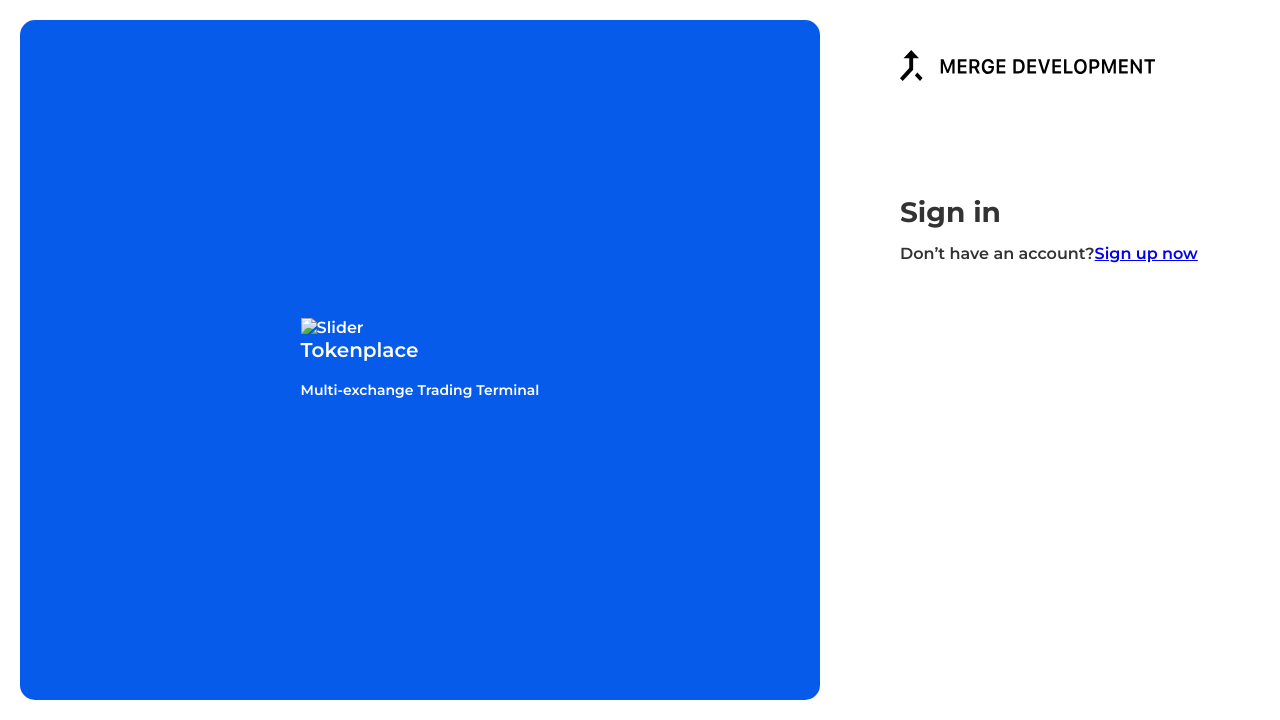
Repository: 13RedFox/form-project
Page: /
These files come from the project's save history. The page is drawn as it stood at one moment and after the next save; the edit follows.
The browser window is 1280 px wide. The pictures show the whole page.
The project was rebuilt for these pictures with package versions that can differ from the ones it lists, and the page was loaded fresh each time.

Above is the page before, as saved 2021-08-04 18:01:57.

After the next save:
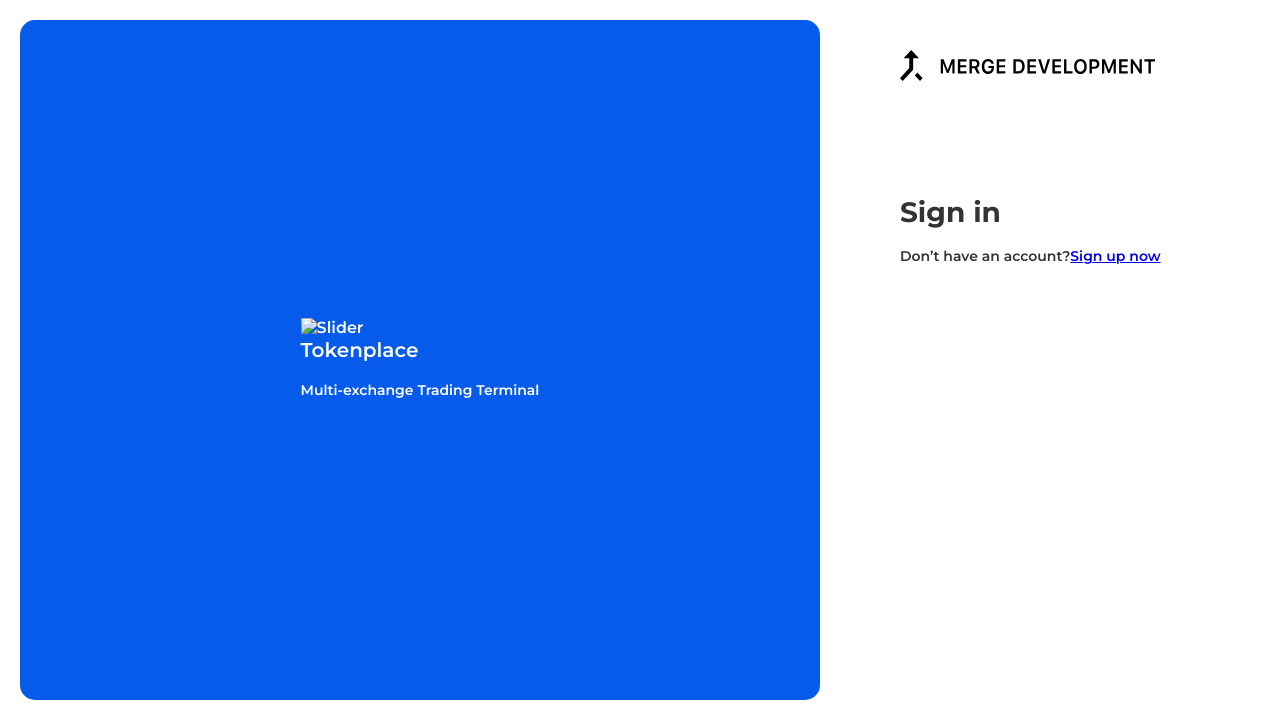
Saved 9 s later.
--- a/src/components/Form/Form.module.scss
+++ b/src/components/Form/Form.module.scss
@@ -15,4 +15,7 @@
 }
 
 .text {
+  font-weight: 600;
+  font-size: 14px;
+  line-height: 24px;
 }
